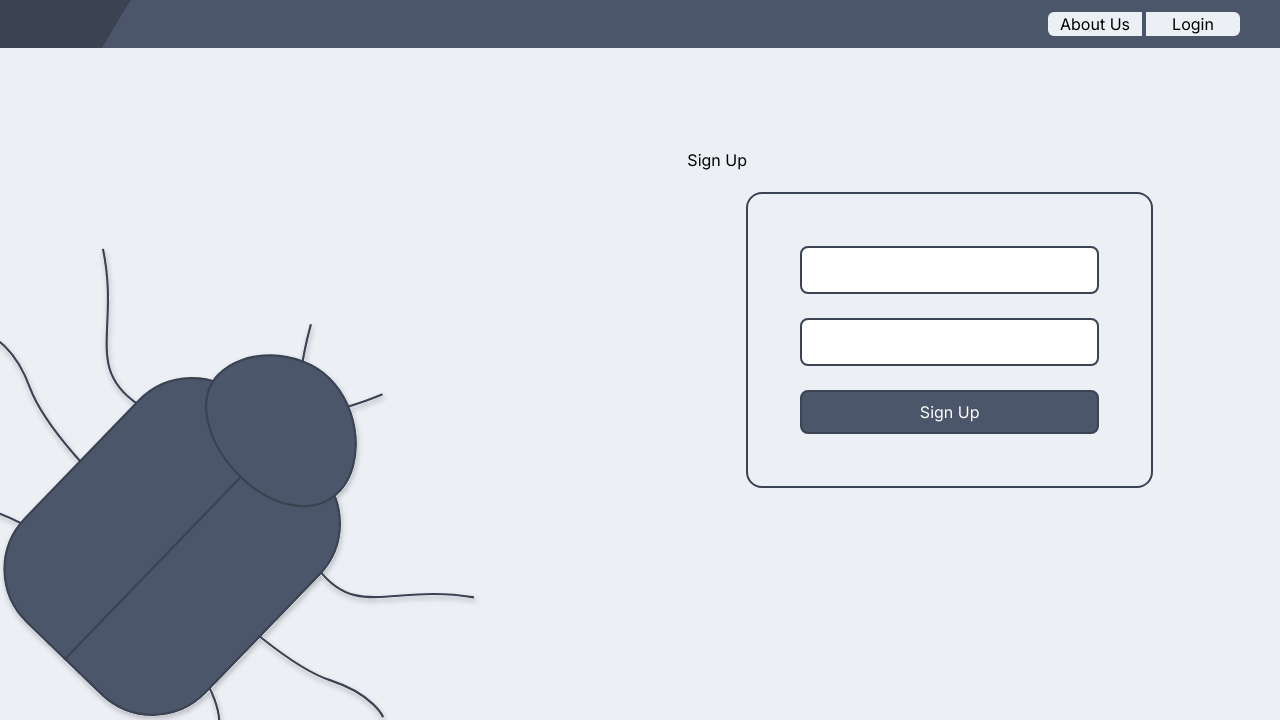
Repository: Qu4ntumGuy/project-bug
Page: /signup
The author's editor kept a copy of each file at every save. The page is drawn from the files as they stood at one save, then again after the next save.
The browser window is 1280 px wide. The pictures show the whole page.
The project was rebuilt for these pictures with package versions that can differ from the ones it lists, and the page was loaded fresh each time. The framework's server and built-in components were replaced by stand-ins that run in the browser. Also part of the build but not shown: next.config.mjs, src/components/Diamond.module.css, src/components/Navbar.js.

Above is the page before, as saved 2024-02-13 23:55:27.

After the next save:
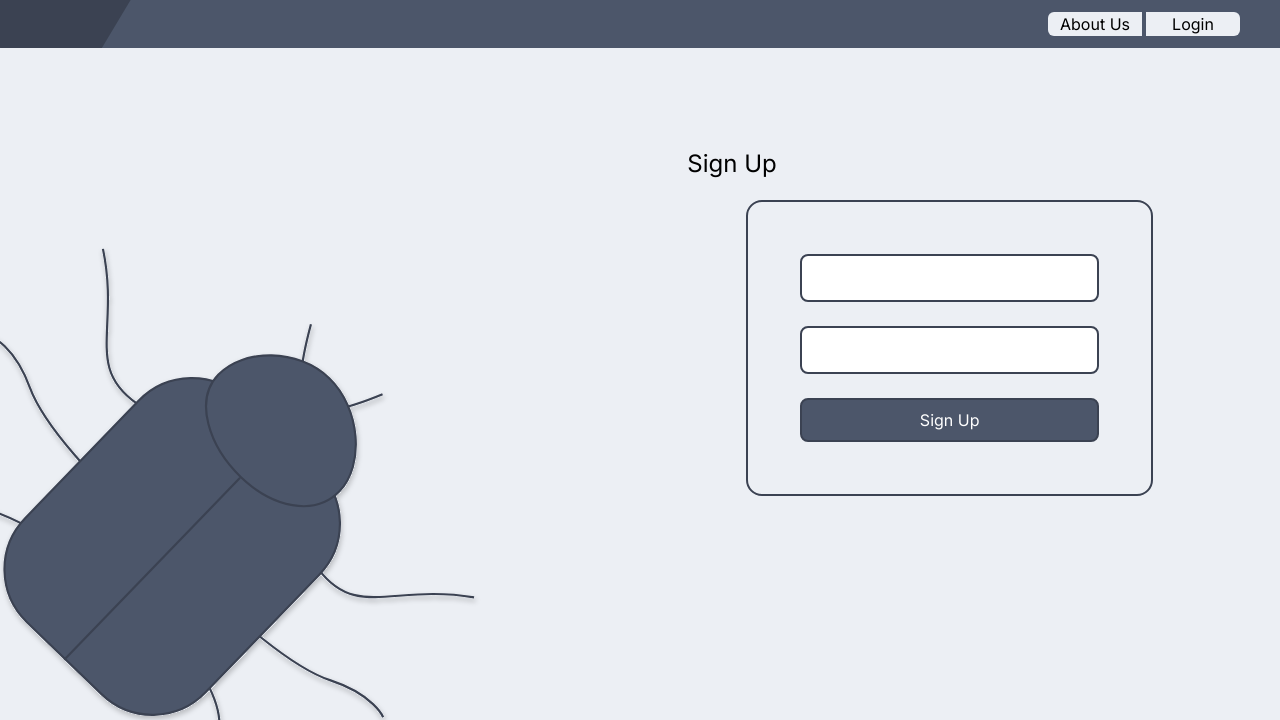
Saved 18 s later.
--- a/src/app/signup/page.js
+++ b/src/app/signup/page.js
@@ -14,7 +14,7 @@ export default function Signup() {
       </div>
       <div className="w-full p-10">
         <div className="flex my-10 flex-col">
-          <div className="m-3 ml-5 p-2">Sign Up</div>
+          <div className=" text-2xl m-3 ml-5 p-2">Sign Up</div>
           <form className="w-[70%] m-auto flex p-10 flex-col border-2 border-[#3B4252] rounded-2xl">
             <input
               className="rounded-lg border-2 border-[#3B4252] m-3 p-2 text-xl"
